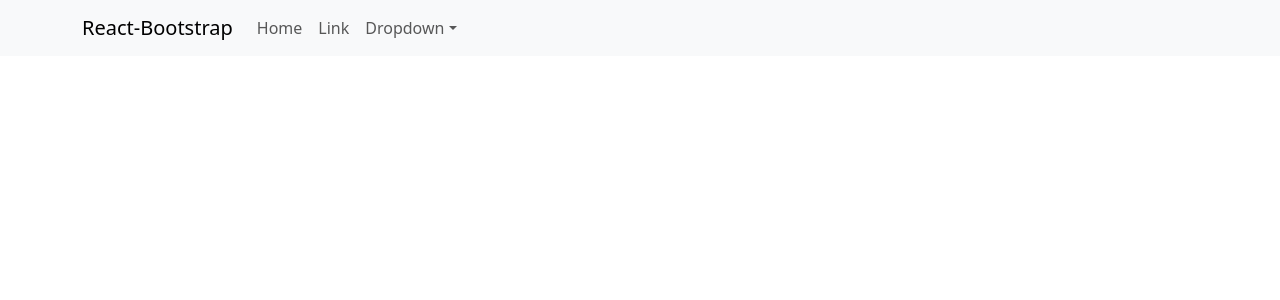
Repository: nnbxxx/React-Untimate
Page: /
The author's editor kept a copy of each file at every save. The page is drawn from the files as they stood at one save, then again after the next save.
The browser window is 1280 px wide. The pictures show the whole page.
The project was rebuilt for these pictures with package versions that can differ from the ones it lists, and the page was loaded fresh each time.

Above is the page before, as saved 2023-04-11 15:45:28.

### src/index.js
import React from "react";
import ReactDOM from "react-dom/client";
import App from "./App";
import reportWebVitals from "./reportWebVitals";
import { Provider } from "react-redux";
import store from "./redux/store";
import "bootstrap/dist/css/bootstrap.min.css";
const root = ReactDOM.createRoot(document.getElementById("root"));
root.render(
  <Provider store={store}>
    {/* <React.StrictMode> */}
    <App />
    {/* </React.StrictMode> */}
  </Provider>
);

// If you want to start measuring performance in your app, pass a function
// to log results (for example: reportWebVitals(console.log))
// or send to an analytics endpoint. Learn more: https://bit.ly/CRA-vitals
reportWebVitals();

### src/App.js
import "./App.scss";
import Header from "./components/Header/header";
const App = () => {
  return (
    <div className='app-container'>
      <Header />
    </div>
  );
};

export default App;

### src/App.scss
body {
  padding: 0;
  margin: 0;
  font-family: -apple-system, BlinkMacSystemFont, "Segoe UI", "Roboto", "Oxygen",
    "Ubuntu", "Cantarell", "Fira Sans", "Droid Sans", "Helvetica Neue",
    sans-serif;
  -webkit-font-smoothing: antialiased;
  -moz-osx-font-smoothing: grayscale;
}

### src/components/Header/header.js
import Container from "react-bootstrap/Container";
import Nav from "react-bootstrap/Nav";
import Navbar from "react-bootstrap/Navbar";
import NavDropdown from "react-bootstrap/NavDropdown";

const Header = () => {
  return (
    <Navbar bg='light' expand='lg'>
      <Container>
        <Navbar.Brand href='#home'>React-Bootstrap</Navbar.Brand>
        <Navbar.Toggle aria-controls='basic-navbar-nav' />
        <Navbar.Collapse id='basic-navbar-nav'>
          <Nav className='me-auto'>
            <Nav.Link href='#home'>Home</Nav.Link>
            <Nav.Link href='#link'>Link</Nav.Link>
            <NavDropdown title='Dropdown' id='basic-nav-dropdown'>
              <NavDropdown.Item href='#action/3.1'>Action</NavDropdown.Item>
              <NavDropdown.Item href='#action/3.2'>
                Another action
              </NavDropdown.Item>
              <NavDropdown.Item href='#action/3.3'>Something</NavDropdown.Item>
              <NavDropdown.Divider />
              <NavDropdown.Item href='#action/3.4'>
                Separated link
              </NavDropdown.Item>
            </NavDropdown>
          </Nav>
        </Navbar.Collapse>
      </Container>
    </Navbar>
  );
};

export default Header;

Loaded but not shown: public/index.html (common file); src/reportWebVitals.js (common file); src/redux/store.js (common file); src/redux/reducer/rootReducer.js (common file); src/redux/reducer/counterReducer.js (common file); src/redux/action/counterAction.js (common file)

After the next save:
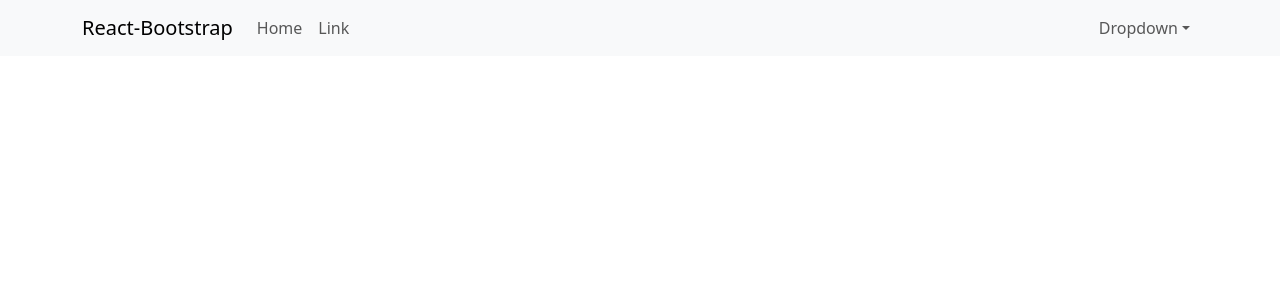
Saved 61 s later.
--- a/src/components/Header/header.js
+++ b/src/components/Header/header.js
@@ -13,6 +13,8 @@ const Header = () => {
           <Nav className='me-auto'>
             <Nav.Link href='#home'>Home</Nav.Link>
             <Nav.Link href='#link'>Link</Nav.Link>
+          </Nav>
+          <Nav>
             <NavDropdown title='Dropdown' id='basic-nav-dropdown'>
               <NavDropdown.Item href='#action/3.1'>Action</NavDropdown.Item>
               <NavDropdown.Item href='#action/3.2'>
